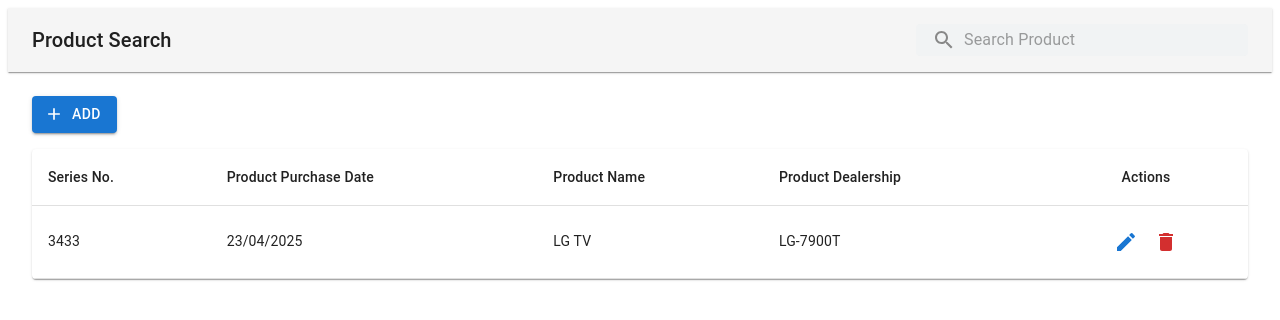
Repository: Sharathguru/Product_Task
Page: / (app in Frontend/)
The author's editor kept a copy of each file at every save. The page is drawn from the files as they stood at one save, then again after the next save.
The browser window is 1280 px wide. The pictures show the whole page.
The project was rebuilt for these pictures with package versions that can differ from the ones it lists, and the page was loaded fresh each time. Requests to the local data server were answered from the project's data file. Also part of the build but not shown: Frontend/vite.config.js, Frontend/src/index.css, Frontend/src/Pages/product.js, Frontend/src/Pages/Insert.jsx, Frontend/src/Pages/Update.jsx, Frontend/src/Pages/Delete.jsx.

Above is the page before, as saved 2025-06-13 16:18:38.

After the next save:
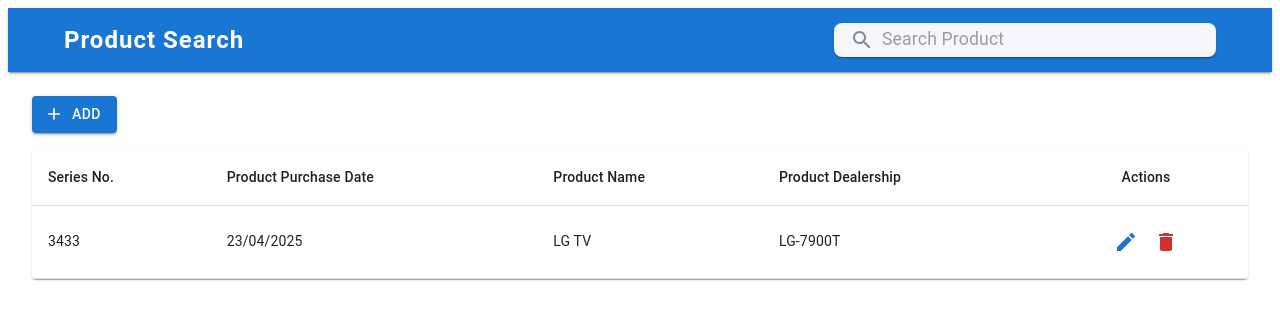
Saved 3 min 7 s later.
--- a/Frontend/src/Components/Navbar.jsx
+++ b/Frontend/src/Components/Navbar.jsx
@@ -5,38 +5,62 @@ import Typography from "@mui/material/Typography";
 import Box from "@mui/material/Box";
 import InputBase from "@mui/material/InputBase";
 import SearchIcon from "@mui/icons-material/Search";
+import Container from "@mui/material/Container";
+import useMediaQuery from "@mui/material/useMediaQuery";
+import { useTheme } from "@mui/material/styles";
 
 const Navbar = ({ search, setSearch }) => {
+  const theme = useTheme();
+  const isMobile = useMediaQuery(theme.breakpoints.down("sm"));
+
   return (
-    <AppBar position="static"  color="default" elevation={1}>
-      <Toolbar>
-        <Box sx={{ display: "flex", alignItems: "center", flexGrow: 1 }}>
-          <Typography variant="h6" color="inherit" noWrap>
+    <AppBar position="static" color="primary" elevation={2}>
+      <Container maxWidth="lg" disableGutters>
+        <Toolbar
+          sx={{
+            flexDirection: isMobile ? "column" : "row",
+            alignItems: isMobile ? "flex-start" : "center",
+            gap: isMobile ? 2 : 0,
+            py: isMobile ? 1 : 0,
+          }}
+        >
+          <Typography
+            variant="h5"
+            color="inherit"
+            noWrap
+            sx={{
+              fontWeight: 700,
+              letterSpacing: 1,
+              flexGrow: 1,
+              mb: isMobile ? 1 : 0,
+            }}
+          >
             Product Search
           </Typography>
-        </Box>
-        <Box
-          sx={{
-            position: "relative",
-            borderRadius: 1,
-            backgroundColor: "#f1f3f4",
-            marginLeft: 0,
-            width: 300,
-            display: "flex",
-            alignItems: "center",
-            px: 2,
-          }}
-        >
-          <SearchIcon sx={{ color: "#888", mr: 1 }} />
-          <InputBase
-            placeholder="Search Product"
-            inputProps={{ "aria-label": "search" }}
-            fullWidth
-            value={search}
-            onChange={(e) => setSearch(e.target.value)}
-          />
-        </Box>
-      </Toolbar>
+          <Box
+            sx={{
+              position: "relative",
+              borderRadius: 2,
+              backgroundColor: "#f5f7fa",
+              width: isMobile ? "100%" : 350,
+              display: "flex",
+              alignItems: "center",
+              px: 2,
+              boxShadow: 1,
+            }}
+          >
+            <SearchIcon sx={{ color: "#888", mr: 1 }} />
+            <InputBase
+              placeholder="Search Product"
+              inputProps={{ "aria-label": "search" }}
+              fullWidth
+              value={search}
+              onChange={(e) => setSearch(e.target.value)}
+              sx={{ fontSize: isMobile ? "1rem" : "1.1rem" }}
+            />
+          </Box>
+        </Toolbar>
+      </Container>
     </AppBar>
   );
 };
